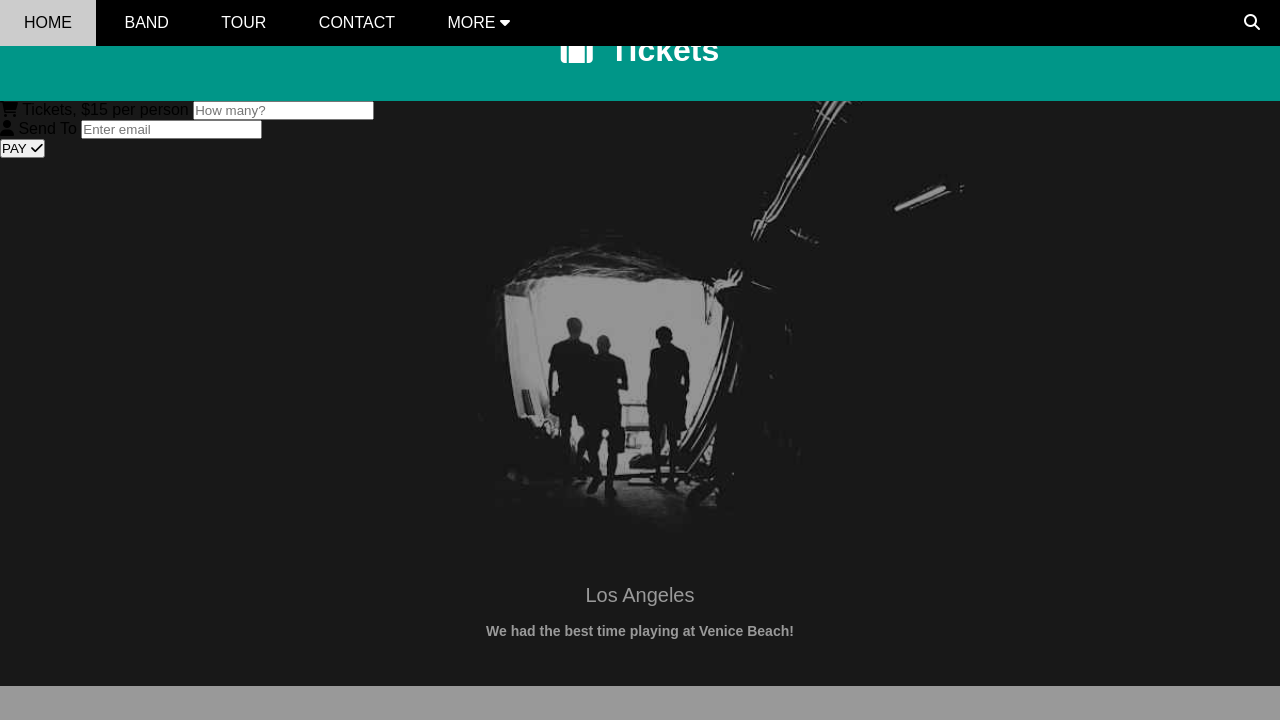
Repository: TranPhucThinh/clone-the-band
Page: index.html
These files come from the project's save history. The page is drawn as it stood at one moment and after the next save; the edit follows.
The browser window is 1280 px wide. The pictures show the window.
A layer covers the whole window, so only the first screen is drawn. Some web libraries are served in a nearby version.

Above is the page before, as saved 2022-08-04 16:05:41.

### index.html
<!DOCTYPE html>
<html lang="en">

<head>
    <meta charset="UTF-8">
    <meta http-equiv="X-UA-Compatible" content="IE=edge">
    <meta name="viewport" content="width=device-width, initial-scale=1.0">

    <title>The Band</title>

    <link rel="stylesheet" href="./assets/style.css">
    <link rel="stylesheet" href="https://cdnjs.cloudflare.com/ajax/libs/font-awesome/6.1.2/css/all.min.css">
</head>

<body>
    <div id="main">

        <div id="header">
            <ul id="nav">
                <li><a href="">Home</a></li>
                <li><a href="">Band</a></li>
                <li><a href="">Tour</a></li>
                <li><a href="">Contact</a></li>
                <li>
                    <a href="">
                        More
                        <i class="fa-solid fa-caret-down"></i>
                    </a>

                    <ul class="subnav">
                        <li><a href="">Merchandise</a></li>
                        <li><a href="">Extras</a></li>
                        <li><a href="">Media</a></li>
                    </ul>
                </li>
            </ul>

            <div class="search-btn">
                <i class="fa-solid fa-magnifying-glass"></i>
            </div>
        </div>

        <div id="slider">
            <div class="text-slider">
                <div class="slider-heading">Los Angeles</div>
                <div class="slider-title">We had the best time playing at Venice Beach!</div>
            </div>
        </div>

        <div id="content">
            <!-- Section About -->
            <div class="section-about">
                <div class="section-content">
                    <p class="title">The band</p>
                    <i class="subtitle">We love music</i>

                    <p class="desc">
                        We have created a fictional band website. Lorem ipsum dolor sit amet, consectetur adipiscing
                        elit,
                        sed
                        do eiusmod tempor incididunt ut labore et dolore magna aliqua. Ut enim ad minim veniam, quis
                        nostrud
                        exercitation ullamco laboris nisi ut aliquip ex ea commodo consequat. Duis aute irure dolor in
                        reprehenderit in voluptate velit esse cillum dolore eu fugiat nulla pariatur. Excepteur sint
                        occaecat
                        cupidatat non proident, sunt in culpa qui officia deserunt mollit anim id est laborum
                        consectetur
                        adipiscing elit, sed do eiusmod tempor incididunt ut labore et dolore magna aliqua. Ut enim ad
                        minim
                        veniam, quis nostrud exercitation ullamco laboris nisi ut aliquip ex ea commodo consequat.
                    </p>
                    <div class="member">
                        <div class="member-1">
                            <p>Name</p>
                            <img src="./assets/imgs/bandmember.jpg" alt="">
                        </div>
                        <div class="member-2">
                            <p>Name</p>
                            <img src="./assets/imgs/bandmember.jpg" alt="">
                        </div>
                        <div class="member-3">
                            <p>Name</p>
                            <img src="./assets/imgs/bandmember.jpg" alt="">
                        </div>
                    </div>
                </div>
            </div>
            <!-- End of Section About -->

            <!-- Section Tour Dates -->
            <div class="tour-date">
                <div class="section-content">
                    <p class="title">Tour dates</p>
                    <i class="subtitle">Remember to book your tickets!</i>

                    <ul class="ticket-state">
                        <li>September<span class="sold-out">Sold out</span></li>
                        <li>October<span class="sold-out">Sold out</span></li>
                        <li>November<span class="quantity">3</span></li>
                    </ul>

                    <div class="places-list">
                        <div class="place-item">
                            <img src="./assets/imgs/newyork.jpg" alt="" class="place-img">
                            <div class="place-content">
                                <p class="place">New York</p>
                                <p class="time">Fri 27 Nov 2016</p>
                                <p class="place-desc">Praesent tincidunt sed tellus ut rutrum sed vitae justo.</p>
                                <button class="buy-ticket-btn">Buy Tickets</button>
                            </div>
                        </div>
                        <div class="place-item">
                            <img src="./assets/imgs/paris.jpg" alt="" class="place-img">
                            <div class="place-content">

                                <p class="place">Paris</p>
                                <p class="time">Sat 28 Nov 2016</p>
                                <p class="place-desc">Praesent tincidunt sed tellus ut rutrum sed vitae justo.</p>
                                <button class="buy-ticket-btn">Buy Tickets</button>
                            </div>
                        </div>
                        <div class="place-item">
                            <img src="./assets/imgs/sanfran.jpg" alt="" class="place-img">
                            <div class="place-content">
                                <p class="place">San Francisco</p>
                                <p class="time">Sun 29 Nov 2016</p>
                                <p class="place-desc">Praesent tincidunt sed tellus ut rutrum sed vitae justo.</p>
                                <button class="buy-ticket-btn">Buy Tickets</button>
                            </div>
                        </div>
                    </div>
                </div>
            </div>
            <!-- End of Section Tour Dates -->

            <!-- Section Contact -->
            <div class="section-contact">
                <div class="section-content">
                    <p class="title">Contact</p>
                    <i class="subtitle">Fan? Drop a note!</i>

                    <div class="contact-content">
                        <div class="contact-by">
                            <div class="address"><i class="fa-solid fa-location-dot icon-contact"></i>Chicago, US</div>
                            <div class="phone"><i class="fa-solid fa-phone icon-contact"></i>Phone: +00 151515</div>
                            <div class="email"><i class="fa-solid fa-envelope icon-contact"></i>Email: mail@mail.com
                            </div>
                        </div>

                        <div class="send-msg">
                            <form action="">
                                <div class="info-user">
                                    <input type="text" required class="input field-name" placeholder="Name">
                                    <input type="text" required class="input field-email" placeholder="Email">
                                </div>
                                <input type="text" required class="input field-msg" placeholder="Message">
                                <button class="send-btn">SEND</button>
                            </form>
                        </div>
                    </div>
                </div>
            </div>
            <!-- End of Section Contact -->

            <!-- Section Map -->
            <div class="section-map">
                <img src="./assets/imgs/map.jpg" alt="">
            </div>
            <!-- End of Section Map -->
        </div>

        <div id="footer">
            <div class="social-icon">
                <i class="fa-brands fa-square-facebook"></i>
                <i class="fa-brands fa-square-instagram"></i>
                <i class="fa-brands fa-square-snapchat"></i>
                <i class="fa-brands fa-square-pinterest"></i>
                <i class="fa-brands fa-square-twitter"></i>
                <i class="fa-brands fa-linkedin"></i>
            </div>
            <p>Power by <a>w3.css</a></p>
        </div>

        <!-- Buy tickets modal section -->
        <div class="modal">
            <div class="modal-container">
                <div class="header-modal">
                    <h1><i class="fa-solid fa-suitcase"></i> Tickets</h1>
                    <div class="close-btn">✖</div>
                </div>
                <div class="body-modal">
                    <div class="quantity-ticket">
                        <i class="fa-solid fa-cart-shopping"></i>
                        Tickets, $15 per person
                        <input type="text" placeholder="How many?">
                    </div>
                    <div class="send-to">
                        <i class="fa-solid fa-user"></i>
                        Send To
                        <input type="text" placeholder="Enter email">
                    </div>

                    <button class="pay-btn">PAY <i class="fa-solid fa-check"></i></button>
                </div>
            </div>
        </div>
        <!-- End of Buy tickets modal section -->
    </div>

</body>

</html>

### assets/style.css
* {
  padding: 0;
  margin: 0;
  box-sizing: border-box;
}

html {
  font-family: Arial, Helvetica, sans-serif;
}

/* ----------------- Header Section ----------------- */
#header {
  height: 46px;
  background-color: #000;
  position: fixed;
  top: 0;
  right: 0;
  left: 0;
  z-index: 1;
}

#nav {
  display: inline-block;
}

#nav > li {
  display: inline-block;
}

#nav li {
  position: relative;
}

#nav > li > a {
  color: #fff;
  text-transform: uppercase;
}

#nav li a {
  line-height: 46px;
  padding: 0 24px;
  display: inline-block;
  text-decoration: none;
}

#nav > li:hover > a,
.subnav li:hover a {
  color: #000;
  background-color: #ccc;
}

#nav .subnav {
  display: none;
  position: absolute;
  background-color: #fff;
  box-shadow: 0 4px 10px 0 rgb(0 0 0 / 20%), 0 4px 20px 0 rgb(0 0 0 / 19%);
}

#nav li:last-child:hover .subnav {
  display: block;
}

#nav li:last-child:hover .fa-caret-down {
  color: #000;
}

#nav .subnav li {
  list-style-type: none;
}

#nav .subnav a {
  color: #000;
  display: block;
  line-height: 40px;
  padding: 0 32px;
}

#header .fa-solid {
  color: #fff;
}

.search-btn {
  float: right;
  line-height: 46px;
  padding: 0 20px;
}

.search-btn:hover {
  background-color: red;
  cursor: pointer;
}
/* ---------- End of Header Section ------------ */

/* -------------- Slider Section -------------- */
#slider {
  background-color: #fff;
  margin-top: 46px;
  padding-top: 50%;
  background: url('/assets/imgs/la.jpg') top center / cover no-repeat;
  position: relative;
}

#slider .text-slider {
  color: #fff;
  text-align: center;
  position: absolute;
  bottom: 47px;
  left: 50%;
  transform: translate(-50%);
}

#slider .slider-heading {
  font-size: 20px;
  margin-bottom: 16px;
}

#slider .slider-title {
  font-size: 14px;
  font-weight: 700;
}
/* ------------- End of Slider Section ------------- */

/* ------------- Content Section ----------------- */
/* About Section */
.section-content {
  max-width: 800px;
  margin: 0 auto;
  text-align: center;
  padding: 64px 0;
}

.section-content .title {
  font-size: 30px;
  text-transform: uppercase;
  letter-spacing: 4px;
  margin-bottom: 25px;
}

.section-content .subtitle {
  opacity: 0.6;
  font-size: 15px;
  margin-bottom: 15px;
  display: inline-block;
}

#content .desc {
  text-align: justify;
  font-size: 15px;
  line-height: 1.4;
  margin-bottom: 47px;
}

#content .member {
  display: flex;
  justify-content: space-around;
  margin-bottom: 32px;
}

.member p {
  margin-bottom: 15px;
}

.member img {
  width: 60%;
  border-radius: 8px;
}
/* End of About Section */

/* Tour date Section */
.tour-date {
  background-color: #000;
  color: #fff;
}

.ticket-state {
  text-align: start;
  list-style-type: none;
  margin-top: 25px;
}

.ticket-state li {
  padding: 8px 20px;
  background-color: #fff;
  color: #757575;
  border-bottom: 1px solid #ddd;
}

.ticket-state .sold-out {
  background-color: #f44336;
  color: #fff;
  padding: 4px 8px;
  margin-left: 12px;
}

.ticket-state .quantity {
  float: right;
  color: #fff;
  background-color: #000;
  width: 24px;
  height: 24px;
  text-align: center;
  line-height: 24px;
  border-radius: 50%;
  margin-top: -3px;
}

.places-list {
  padding: 32px 0;
  display: flex;
  margin: 0 -8px;
}

.place-item {
  width: 33.33%;
  padding: 0 8px;
}

.place-item img {
  width: 100%;
  display: block;
}

.place-content {
  background-color: #fff;
  color: #000;
  text-align: start;
  padding: 16px;
}

.place-content .place {
  margin-bottom: 16px;
  font-weight: 700;
}

.place-content .time {
  opacity: 0.6;
  font-size: 14px;
  margin-bottom: 16px;
}

.place-content .place-desc {
  margin-bottom: 16px;
}

.place-content .buy-ticket-btn {
  border: none;
  color: #fff;
  background-color: #000;
  padding: 12px 16px;
}

.place-content .buy-ticket-btn:hover {
  color: #000;
  background-color: #ccc;
  cursor: pointer;
}
/* End of Tour date Section */

/* Contact Section */
.contact-content {
  display: flex;
  justify-content: space-between;
  padding: 32px 0;
}

.contact-by {
  text-align: start;
}

.contact-by .icon-contact {
  width: 30px;
  margin-bottom: 8px;
}

.field-name {
  margin-right: 8px;
}

.field-msg {
  width: 100%;
  margin-top: 8px;
}

.input {
  padding: 8px;
}

.send-btn {
  border: none;
  background-color: #000;
  color: #fff;
  padding: 8px 16px;
  margin-top: 20px;
  float: right;
}

.send-btn:hover {
  color: #000;
  background-color: #ccc;
  cursor: pointer;
}
/* End of Contact Section */

/* Map Section */
.section-map img {
  width: 100%;
}
/* End of Map Section */
/* ------------- End of Content Section ------------- */

/* ----------------- Footer Section ----------------- */
#footer {
  padding: 64px;
}

.social-icon {
  font-size: 24px;
  opacity: 0.6;
  text-align: center;
}

.social-icon i {
  margin: 0 4px;
}

.social-icon i:hover {
  opacity: 0.4;
  cursor: pointer;
}

#footer p {
  margin: 15px;
  font-size: 15px;
  opacity: 0.6;
  text-align: center;
}

#footer a {
  text-decoration: underline;
  cursor: pointer;
}
/* -------------- End of Footer Section ----------------- */

/* -------------- Modal Section ----------------- */
.modal {
  position: fixed;
  right: 0;
  left: 0;
  top: 0;
  bottom: 0;
  background: rgba(0, 0, 0, 0.4);
}

.header-modal {
  padding: 32px;
  background-color: #009688;
  text-align: center;
  color: #fff;
  position: relative;
}

.header-modal i {
  margin-right: 8px;
}

.close-btn {
  font-size: 24px;
  position: absolute;
  top: 0;
  right: 0;
  padding: 8px 16px;
}

.close-btn:hover {
  background-color: #ccc;
  color: #000;
  cursor: pointer;
}

After the next save:
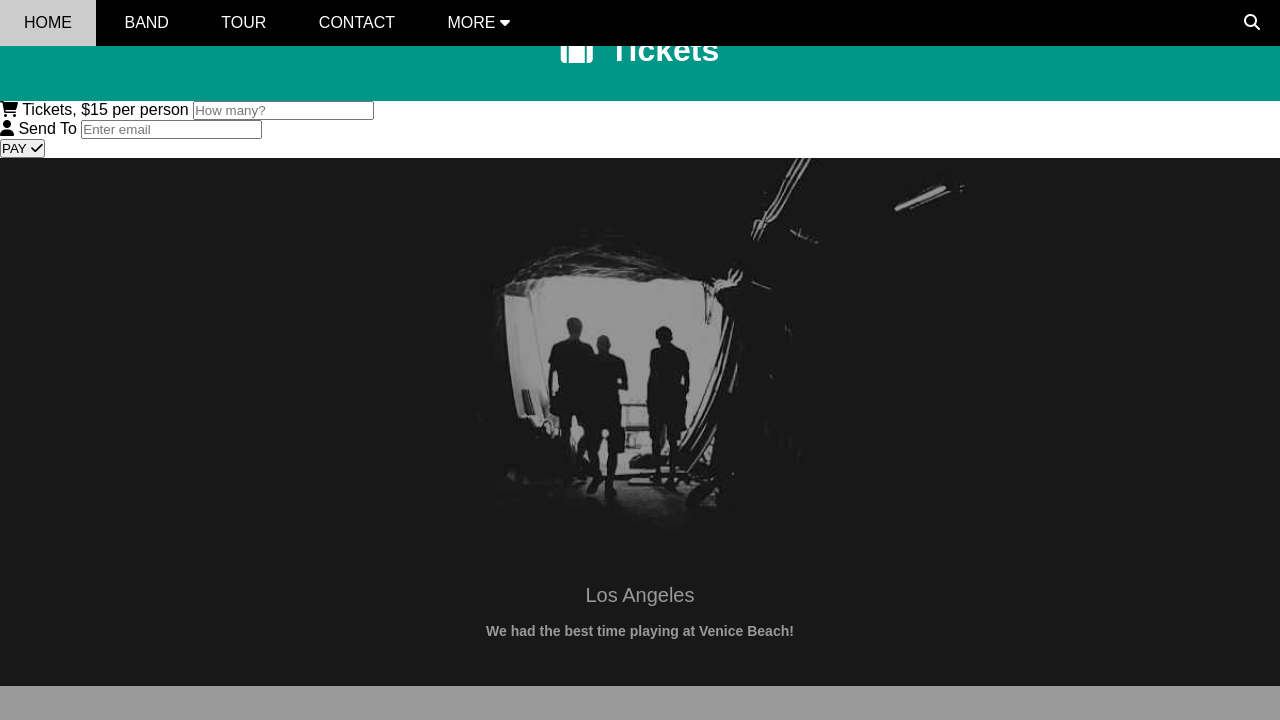
Saved 67 s later.
--- a/assets/style.css
+++ b/assets/style.css
@@ -376,3 +376,7 @@ html {
   color: #000;
   cursor: pointer;
 }
+
+.body-modal {
+  background-color: #fff;
+}
